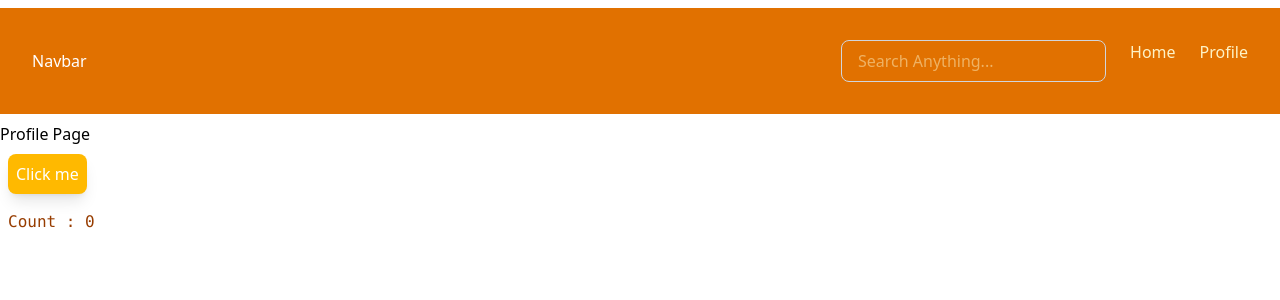
Repository: samit2059/CollegeReact
Page: / (app in react/collegereact/)
These files come from the project's save history. The page is drawn as it stood at one moment and after a run of saves; the edit follows.
The browser window is 1280 px wide. The pictures show the whole page.
The project was rebuilt for these pictures with package versions that can differ from the ones it lists, and the page was loaded fresh each time. Also part of the build but not shown: react/collegereact/vite.config.js, react/collegereact/src/App.jsx, react/collegereact/src/navbar.jsx, react/collegereact/src/Props Example/First.jsx, react/collegereact/src/Props Example/Second.jsx.

Above is the page before, as saved 2026-01-21 10:52:48.

### react/collegereact/index.html
<!doctype html>
<html lang="en">
  <head>
    <meta charset="UTF-8" />
    <link rel="icon" type="image/svg+xml" href="/vite.svg" />
    <meta name="viewport" content="width=device-width, initial-scale=1.0" />
    <title>collegereact</title>
  </head>
  <body>
    <div id="root"></div>
    <script type="module" src="/src/main.jsx"></script>
  </body>
</html>

### react/collegereact/src/main.jsx
import { StrictMode } from "react";
import { createRoot } from "react-dom/client";
import "./index.css";
import App from "./App.jsx";
import Navbar from "./navbar.jsx";
import Nav1 from "./nav1.jsx";
import First from "./Props Example/First.jsx";
// import Profile from "./profile.jsx";
import Profile from "./StateExamples/profile.jsx";
import Second from "./Props Example/Second.jsx";
// import Home from './Home.jsx'
// import { Second } from './Home.jsx'

// let myObj = {
//   address: "ktm",
//   age: 23,
//   fullName: "rams"
// }
// let profile = {
//   username:"Samit Shrestha",
//   email:"shrestha@gmail.com",
//   age:18,
//   address:"Bhaktapur",
// };
createRoot(document.getElementById("root")).render(
  <StrictMode>
    {/* <Navbar /> */}
    <Nav1 />
    {/* <First address={"BKT"} age={33} fullName="motorcycle" /> */}
    {/* <First {...myObj} /> */}
    <Profile />
    {/* <App /> */}
    {/* <Second /> */}
    {/* <Home />   */}
  </StrictMode>
);

### react/collegereact/src/index.css
@import "tailwindcss";

/* in index.css (after tailwind layers) */
/* .tw-root .btn {
  @apply px-4 py-2 bg-blue-500 text-white rounded;
} */

### react/collegereact/src/nav1.jsx
import React from 'react';
import './navbar.css'

const Nav1 = () => {
  let handleProfile = (e) => {
    e.target.style.color = "red";
    e.target.style.backgroundColor = "black"
    console.log("profile clicked");
    console.log(e.target.style);
    /*
    let event ={
     target:{
        value:"Profile",
        style:{
            color:"red",
            backgroundColor:"black"
        }
     }
    } */
  }
  let handleChangeOnsearch = (e) => {
    console.log(e.target.value);
    // e.target.style.backgroundColor = "black"
    e.target.style.color = "red"
    let l = e.target.value;
    console.log(l.length);
    let random1 = Math.floor(Math.random() * 255);
    let random2 = Math.floor(Math.random() * 255);
    let random3 = Math.floor(Math.random() * 255);

    e.target.style.backgroundColor = `rgb(${random1}, ${random2}, ${random3})`
    console.log(random1);
    console.log(random2);
    console.log(random3);
  }
  return (
    <div className=' !p-8 !my-2 flex bg-amber-600 text-amber-100 justify-between items-center'>
      <h1 className='navelement'>Navbar</h1>
      <div className='menus flex gap-6'>
        <div className='max-w-md mx-auto '>
            <input placeholder='Search Anything...' onChange={handleChangeOnsearch} className='w-full px-4 py-2 border border-gray-300 rounded-lg focus:ring-2 focus:ring-blue-500 focus:border-transparent outline-none transition-all'/>
        </div>
        <h4 onClick={(e) => {
          console.log("home clicked");
          console.log(e.target);

        }}>Home</h4>
        <h4 onClick={handleProfile}>Profile</h4>
      </div>
    </div>
  )
}

export default Nav1

### react/collegereact/src/StateExamples/profile.jsx
import { useState } from "react"

let Profile = () =>{
    const [count, setCount] = useState(0);
    return (
        <div>
            <h1>Profile Page</h1>
            <button onClick={() => setCount(count+1)} className="p-2 m-2 bg-amber-400 font-medium rounded-lg shadow-lg text-white">Click me</button>
            <p className="p-2 text-amber-800 font-mono ">Count : {count}</p>
        </div>
    )
}

export default Profile

### react/collegereact/src/navbar.css


.navelement {
    color: white;
}

.navelement:hover {
    color: aliceblue;
}

.navbar {
    /* padding: 30px 20px; */
}

After the next 2 saves:
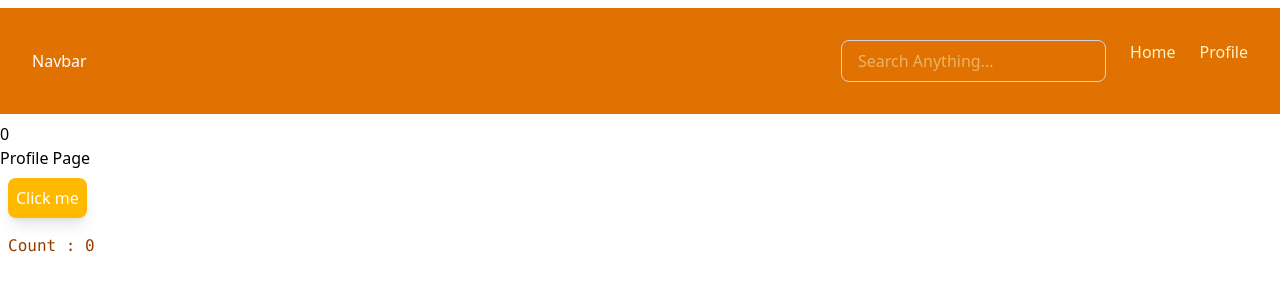
The 2 saves are shown as one change because they came seconds apart.
The last was saved 7 min 33 s later.
--- a/react/collegereact/src/StateExamples/profile.jsx
+++ b/react/collegereact/src/StateExamples/profile.jsx
@@ -4,6 +4,7 @@ let Profile = () =>{
     const [count, setCount] = useState(0);
     return (
         <div>
+            {count}
             <h1>Profile Page</h1>
             <button onClick={() => setCount(count+1)} className="p-2 m-2 bg-amber-400 font-medium rounded-lg shadow-lg text-white">Click me</button>
             <p className="p-2 text-amber-800 font-mono ">Count : {count}</p>
